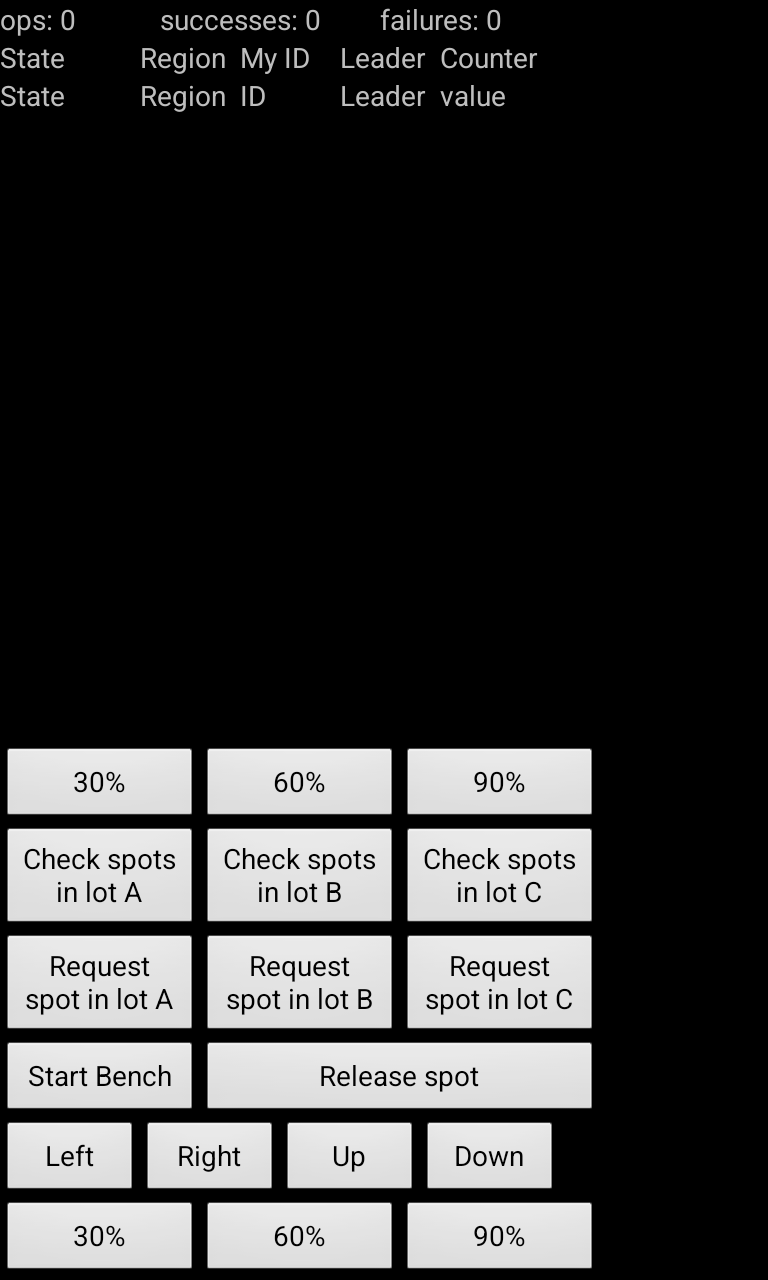
Repository: jasongao/csmcode
Layout: current/workspace/VNConsistent/res/layout/main.xml
An editor plug-in stored every save of this project. The layout is shown before and after the next save, followed by the edit.
It is drawn on a 768 x 1280 px phone screen (xhdpi) without system bars, with theme android:Theme; the app's code is not run. Lists and similar views that code fills are empty.

Above is the layout before, as saved 2011-07-14 21:36:26.

### current/workspace/VNConsistent/res/layout/main.xml
<?xml version="1.0" encoding="utf-8"?>
<LinearLayout xmlns:android="http://schemas.android.com/apk/res/android"
	android:orientation="vertical" android:layout_width="fill_parent"
	android:layout_height="fill_parent">

	<LinearLayout android:layout_width="match_parent"
		android:layout_height="wrap_content" android:id="@+id/CountInfoLayout">
		<TextView android:text="ops: 0" android:layout_height="wrap_content"
			android:id="@+id/opcount_tv" android:layout_width="80dip"></TextView>
		<TextView android:text="successes: 0" android:layout_height="wrap_content"
			android:id="@+id/successcount_tv" android:layout_width="110dip"></TextView>
		<TextView android:text="failures: 0" android:layout_height="wrap_content"
			android:id="@+id/failurecount_tv" android:layout_width="90dip"></TextView>
	</LinearLayout>

	<LinearLayout android:layout_width="match_parent"
		android:layout_height="wrap_content" android:id="@+id/StatusHeadingLayout">
		<TextView android:text="State" android:id="@+id/TextView04"
			android:layout_height="wrap_content" android:layout_width="70dip"></TextView>
		<TextView android:text="Region" android:layout_width="50dip"
			android:id="@+id/TextView03" android:layout_height="wrap_content"></TextView>
		<TextView android:text="My ID" android:layout_width="50dip"
			android:id="@+id/TextView01" android:layout_height="wrap_content"></TextView>
		<TextView android:layout_height="wrap_content"
			android:layout_width="50dip" android:text="Leader" android:id="@+id/TextView05"></TextView>
		<TextView android:text="Counter" android:layout_height="wrap_content"
			android:id="@+id/TextView06" android:layout_width="75dip"></TextView>
	</LinearLayout>
	<LinearLayout android:layout_width="match_parent"
		android:layout_height="wrap_content" android:id="@+id/StatusInfoLayout">
		<TextView android:text="State" android:layout_height="wrap_content"
			android:id="@+id/state_tv" android:layout_width="70dip"></TextView>
		<TextView android:text="Region" android:layout_height="wrap_content"
			android:layout_width="50dip" android:id="@+id/region_tv"></TextView>
		<TextView android:text="ID" android:layout_width="50dip"
			android:id="@+id/id_tv" android:layout_height="wrap_content"></TextView>
		<TextView android:layout_height="wrap_content"
			android:layout_width="50dip" android:text="Leader" android:id="@+id/leader_tv"></TextView>
		<TextView android:layout_height="wrap_content"
			android:layout_width="75dip" android:text="value" android:id="@+id/csm_tv"></TextView>
	</LinearLayout>

	<ListView android:id="@+id/msgList" android:layout_width="fill_parent"
		android:layout_height="fill_parent" android:stackFromBottom="true"
		android:transcriptMode="alwaysScroll" android:layout_weight="1">
	</ListView>

	<LinearLayout android:layout_width="fill_parent"
		android:orientation="horizontal" android:layout_height="wrap_content"
		android:id="@+id/SetDistributionLayout">
		<Button android:layout_width="100dip" android:text="30%"
			android:id="@+id/setdistribution30_button" android:layout_height="40dip"></Button>
		<Button android:layout_width="100dip" android:text="60%"
			android:id="@+id/setdistribution60_button" android:layout_height="40dip"></Button>
		<Button android:layout_width="100dip" android:text="90%"
			android:id="@+id/setdistribution90_button" android:layout_height="40dip"></Button>
	</LinearLayout>

	<LinearLayout android:layout_width="fill_parent"
		android:orientation="horizontal" android:layout_height="wrap_content"
		android:id="@+id/CheckSpotLayout">
		<Button android:layout_height="wrap_content"
			android:layout_width="100dip" android:text="Check spots in lot A"
			android:id="@+id/readparkingA_button"></Button>
		<Button android:layout_height="wrap_content"
			android:layout_width="100dip" android:text="Check spots in lot B"
			android:id="@+id/readparkingB_button"></Button>
		<Button android:layout_height="wrap_content"
			android:layout_width="100dip" android:text="Check spots in lot C"
			android:id="@+id/readparkingC_button"></Button>
	</LinearLayout>

	<LinearLayout android:layout_width="fill_parent"
		android:orientation="horizontal" android:layout_height="wrap_content"
		android:id="@+id/RequestSpotLayout">
		<Button android:layout_height="wrap_content"
			android:layout_width="100dip" android:text="Request spot in lot A"
			android:id="@+id/requestparkingA_button"></Button>
		<Button android:layout_height="wrap_content"
			android:layout_width="100dip" android:text="Request spot in lot B"
			android:id="@+id/requestparkingB_button"></Button>
		<Button android:layout_height="wrap_content"
			android:layout_width="100dip" android:text="Request spot in lot C"
			android:id="@+id/requestparkingC_button"></Button>
	</LinearLayout>

	<LinearLayout android:layout_width="fill_parent"
		android:orientation="horizontal" android:layout_height="wrap_content"
		android:id="@+id/RequestLayout">
		<Button android:layout_width="100dip" android:text="Start Bench"
			android:id="@+id/testcsm_button" android:layout_height="40dip"></Button>
		<Button android:layout_width="200dip" android:text="Release spot"
			android:id="@+id/releaseparking_button" android:layout_height="40dip"></Button>
	</LinearLayout>

	<LinearLayout android:layout_width="fill_parent"
		android:orientation="horizontal" android:layout_height="wrap_content"
		android:id="@+id/RegionButtonLayout">
		<Button android:text="Left" android:id="@+id/left_button"
			android:layout_width="70dip" android:layout_height="40dip"/>
		<Button android:text="Right" android:id="@+id/right_button"
			android:layout_width="70dip" android:layout_height="40dip"></Button>
		<Button android:text="Up" android:id="@+id/up_button"
			android:layout_width="70dip" android:layout_height="40dip"/>
		<Button android:text="Down" android:id="@+id/down_button"
			android:layout_width="70dip" android:layout_height="40dip"/>
	</LinearLayout>

	<LinearLayout android:layout_width="fill_parent"
		android:orientation="horizontal" android:layout_height="wrap_content"
		android:id="@+id/SetDistributionLayout">
		<Button android:layout_width="100dip" android:text="30%"
			android:id="@+id/setdistribution30_button" android:layout_height="40dip"></Button>
		<Button android:layout_width="100dip" android:text="60%"
			android:id="@+id/setdistribution60_button" android:layout_height="40dip"></Button>
		<Button android:layout_width="100dip" android:text="90%"
			android:id="@+id/setdistribution90_button" android:layout_height="40dip"></Button>
	</LinearLayout>

</LinearLayout>

After the next save:
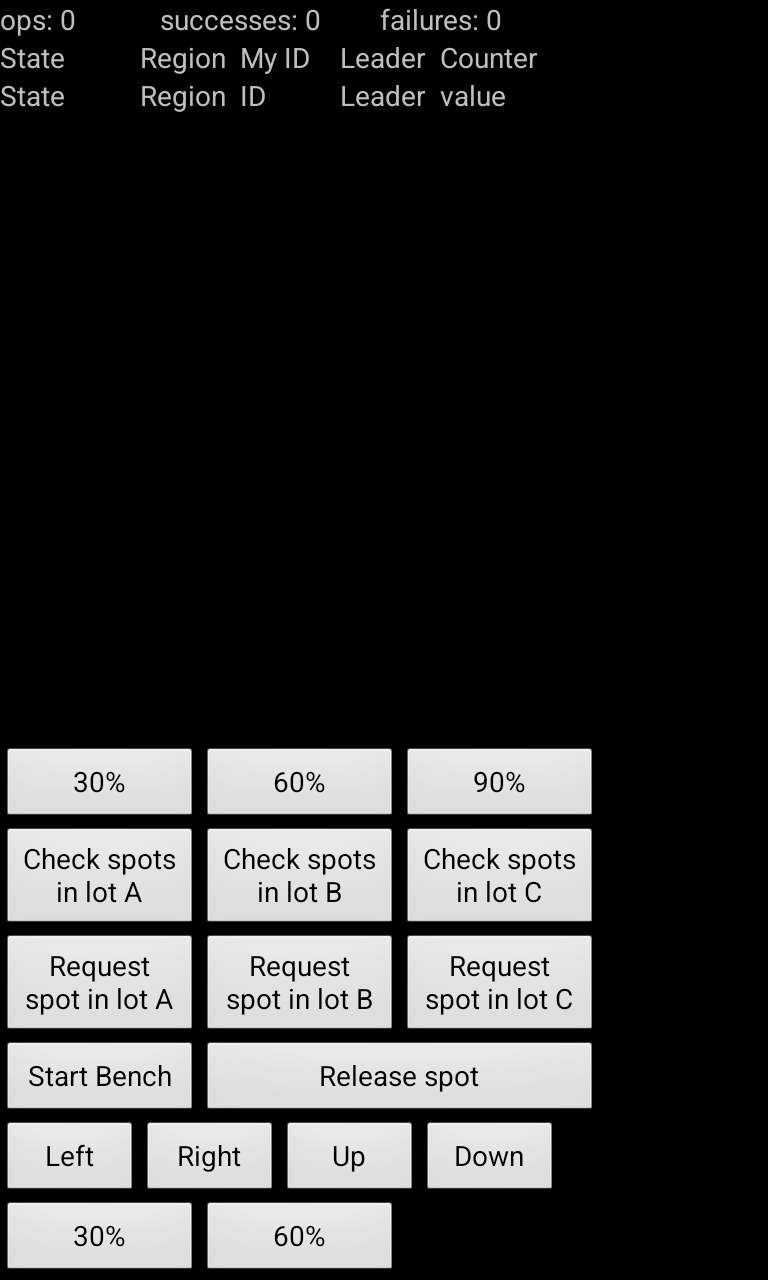
Saved 7 s later.
--- a/current/workspace/VNConsistent/res/layout/main.xml
+++ b/current/workspace/VNConsistent/res/layout/main.xml
@@ -113,8 +113,6 @@
 			android:id="@+id/setdistribution30_button" android:layout_height="40dip"></Button>
 		<Button android:layout_width="100dip" android:text="60%"
 			android:id="@+id/setdistribution60_button" android:layout_height="40dip"></Button>
-		<Button android:layout_width="100dip" android:text="90%"
-			android:id="@+id/setdistribution90_button" android:layout_height="40dip"></Button>
 	</LinearLayout>
 
 </LinearLayout>
